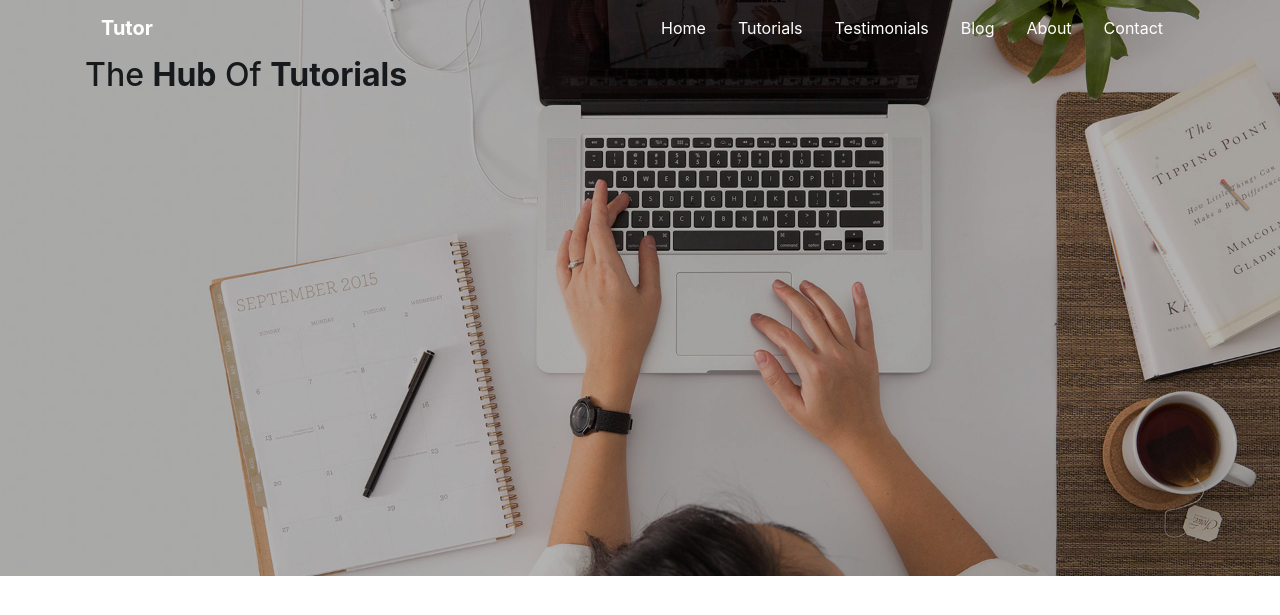
Repository: longvh2003/Tutor
Page: Views/home.html
These files come from the project's save history. The page is drawn as it stood at one moment and after the next save; the edit follows.
The browser window is 1280 px wide. The pictures show the whole page.
Some web libraries are served in a nearby version.

Above is the page before, as saved 2020-08-12 16:17:34.

### Views/home.html
<html lang="en">

<head>
    <meta charset="UTF-8">
    <meta name="viewport" content="width=device-width, initial-scale=1.0">
    <title>Home</title>
    <link rel="stylesheet" href="https://stackpath.bootstrapcdn.com/bootstrap/4.5.2/css/bootstrap.min.css"
        integrity="sha384-JcKb8q3iqJ61gNV9KGb8thSsNjpSL0n8PARn9HuZOnIxN0hoP+VmmDGMN5t9UJ0Z" crossorigin="anonymous">
    <link rel="stylesheet" href="https://use.fontawesome.com/releases/v5.12.0/css/all.css"
        integrity="sha384-REHJTs1r2ErKBuJB0fCK99gCYsVjwxHrSU0N7I1zl9vZbggVJXRMsv/sLlOAGb4M" crossorigin="anonymous" />
    <link rel="stylesheet" href="../Css/home.css">
</head>

<body>
    <section class="header">
        <div class="opacity"></div>
        <div class="container">
            <nav class="navbar navbar-light">
                <a class="navbar-brand text-white" href="#"><strong>Tutor</strong></a>
                <ul class="nav justify-content-center">
                    <li class="nav-item">
                        <a class="nav-link text-white" href="#">Home</a>
                    </li>
                    <li class="nav-item">
                        <a class="nav-link text-white" href="#">Tutorials</a>
                    </li>
                    <li class="nav-item">
                        <a class="nav-link text-white" href="#">Testimonials</a>
                    </li>
                    <li class="nav-item">
                        <a class="nav-link text-white" href="#">Blog</a>
                    </li>
                    <li class="nav-item">
                        <a class="nav-link text-white" href="#">About</a>
                    </li>
                    <li class="nav-item">
                        <a class="nav-link text-white" href="#">Contact</a>
                    </li>
                </ul>
            </nav>
            <div>
                <h2>The <strong>Hub</strong> Of <strong>Tutorials</strong></h2>
            </div>
        </div>
    </section>
</body>

</html>

### Css/home.css
body {
  font-family: "Raleway", -apple-system, BlinkMacSystemFont, "Segoe UI", Roboto,
    "Helvetica Neue", Arial, "Noto Sans", sans-serif, "Apple Color Emoji",
    "Segoe UI Emoji", "Segoe UI Symbol", "Noto Color Emoji";
}
.header{
    background: url(../Image/hero_bg.jpg) no-repeat center center;
    height: 36rem;
    background-size: cover;
}
.opacity{
    position: absolute;
    width: 100%;
    height: 36rem;
    background: rgba(0, 0, 0, 0.3);
}

After the next save:
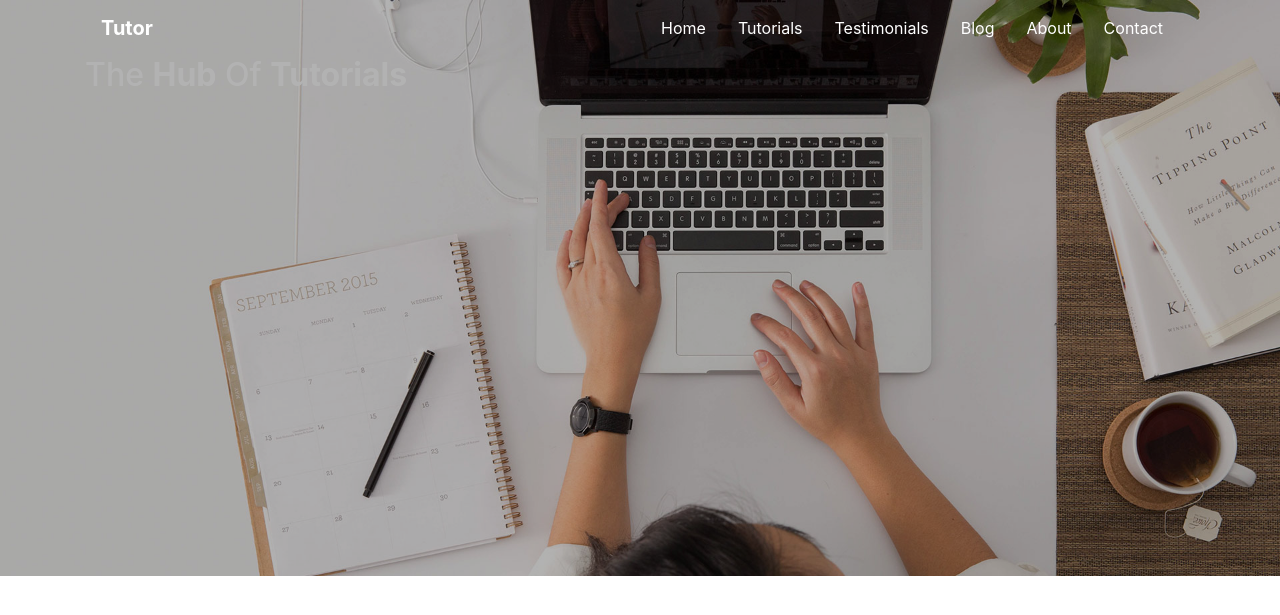
Saved 9 s later.
--- a/Views/home.html
+++ b/Views/home.html
@@ -39,7 +39,7 @@
                 </ul>
             </nav>
             <div>
-                <h2>The <strong>Hub</strong> Of <strong>Tutorials</strong></h2>
+                <h2 class="text-white">The <strong>Hub</strong> Of <strong>Tutorials</strong></h2>
             </div>
         </div>
     </section>
